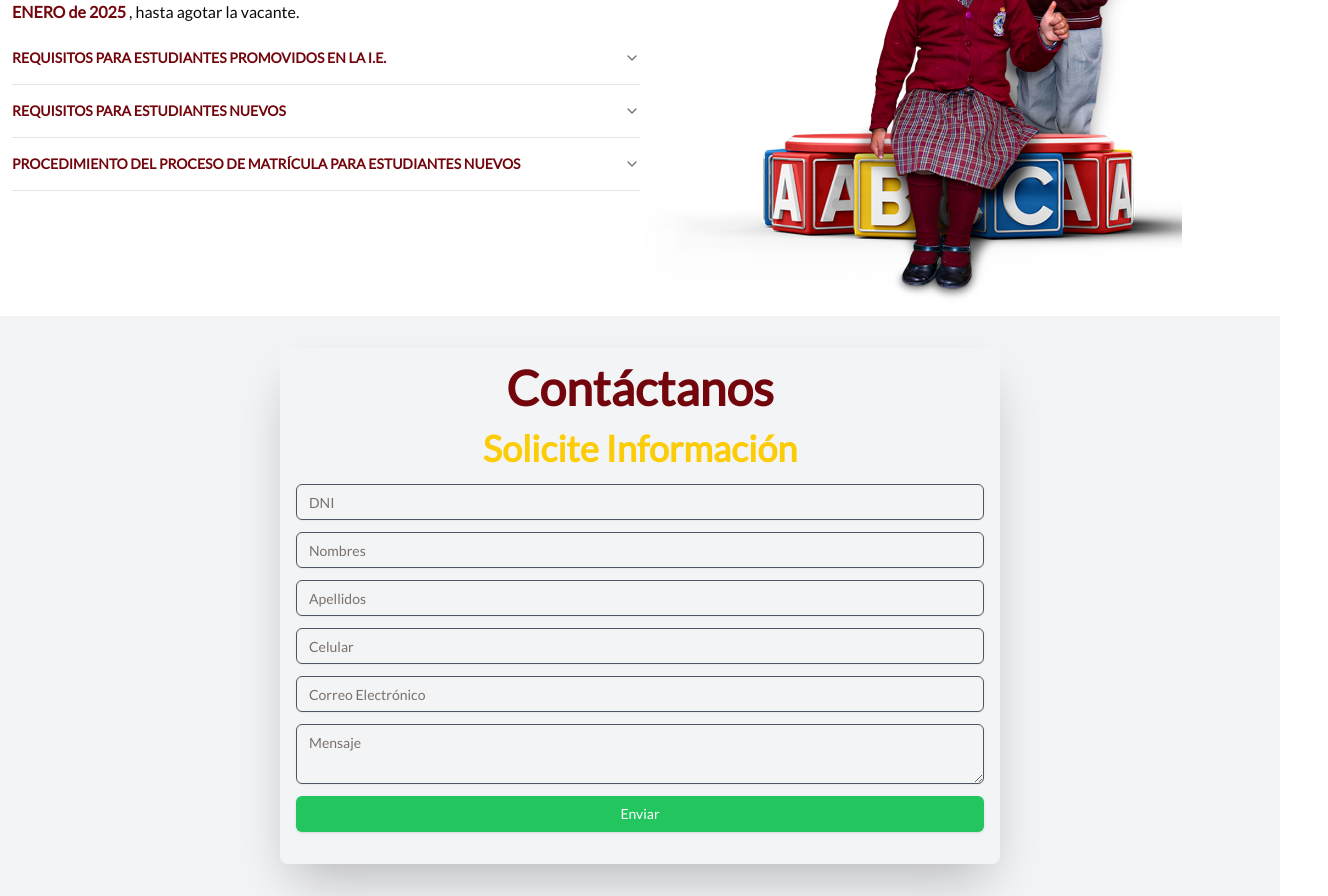
Repository: jefrydep/new_horizont_school
Page: /
These files come from the project's save history. The page is drawn as it stood at one moment and after the next save; the edit follows.
The browser window is 1280 px wide. The page is 1328 px wide, so the pictures cover 1328 px, including what lies to the right of the window. The pictures show the part of the page from y = 2968 to 3864 px (the page is 4794 px tall).
Pictures or frames that could not be fetched are drawn as grey boxes. The project was rebuilt for these pictures with package versions that can differ from the ones it lists, and the page was loaded fresh each time. The framework's server and built-in components were replaced by stand-ins that run in the browser. Also part of the build but not shown: next.config.ts.

Above is the page before, as saved 2024-11-28 21:19:07.

### src/app/layout.tsx
import type { Metadata } from "next";
import "./globals.css";
import Navbar from "@/components/Navbar";
import Footer from "@/components/Footer";


import { Lato } from 'next/font/google'

const lato = Lato({
  weight: '400',
  subsets: ['latin'],
  display: 'swap',
})

export const metadata: Metadata = {
  title: "COLEGIO INTERNACIONAL NUEVO HORIZONTE - JULIACA",
  description: "el mejor colegio de JULIACA,Colegio internacional nuevo horizonte",
};

export default function RootLayout({
  children,
}: Readonly<{
  children: React.ReactNode;
}>) {
  return (
    <html lang="es">

      <body
        className={` ${lato.className} antialiased `}
      >

        <div className="">
          <Navbar />
        </div>
        <main className="   ">

          {children}
          <div className="flex flex-col fixed  bottom-2     z-50   sm:top-1/2  gap-2">
            <a href="https://wa.me/+51999070701?text=Me%20gustar%C3%ADa%20recibir%20m%C3%A1s%20informaci%C3%B3n%20sobre%20el%20proceso%20de%20matr%C3%ADcula,%20requisitos%20y%20fechas%20importantes.%20Agradecer%C3%ADa%20su%20orientaci%C3%B3n%20para%20poder%20completar%20mi%20inscripci%C3%B3n%20de%20manera%20adecuada.%0A%0AQuedo%20atento%20a%20su%20respuesta.%0A%0ASaludos%20cordiales,%0A" target="_blank">
              {/* Solicitar información */}
              <img src="/whatsapp.png" alt="" className=" animate-bounce h-11  sm:h-16" />
            </a>

            <a href="https://www.tiktok.com/@colegionuevohorizonte" target="_blank">
              {/* Solicitar información */}
              <img src="/tik-tok.png" alt="" className=" animate-bounce h-11  sm:h-16 " />
            </a>
            <a href="https://www.facebook.com/internuevohorizonte  " target="_blank">
              {/* Solicitar información */}
              <img src="/facebook.png" alt="" className=" animate-bounce h-11  sm:h-16 " />
            </a>
            <a href="https://www.instagram.com/colegionuevohorizontejuliaca" target="_blank">
              {/* Solicitar información */}
              <img src="/instagram.png" alt="" className=" animate-bounce h-11  sm:h-16" />
            </a>
          </div>
        </main>
        <Footer />
      </body>
    </html>
  );
}

### src/app/page.tsx
import Form from "@/components/Form";
import Hero from "@/components/Hero";
import Location from "@/components/Location";
import PresentationCard from "@/components/PresentationCard";
import RegisterCard from "@/components/RegisterCard";
import StudentCard from "@/components/StudentCard";
import TrajectoryCard from "@/components/TrajectoryCard";

export default function Home() {
  return (
    <div className="">
      <Hero colorWave="#fff" title="¡Ya Iniciamos!" subtitle="ADMISION" year="2025" />
      <TrajectoryCard />
      <PresentationCard title="¡Bienvenidos Al Colegio!" subtitle="Nuevo Horizonte" />
      <StudentCard title="Nuestro Estudiante Es:" />
      <RegisterCard title="Proceso De Matrícula 2025" />
      <Form />
      <Location/>
    </div>
  );
}

### src/app/globals.css
@tailwind base;
@tailwind components;
@tailwind utilities;

body {
  font-family: Arial, Helvetica, sans-serif;
}

@layer base {
  :root {
    --background: 0 0% 100%;
    --foreground: 20 14.3% 4.1%;
    --card: 0 0% 100%;
    --card-foreground: 20 14.3% 4.1%;
    --popover: 0 0% 100%;
    --popover-foreground: 20 14.3% 4.1%;
    --primary: 24 9.8% 10%;
    --primary-foreground: 60 9.1% 97.8%;
    --secondary: 60 4.8% 95.9%;
    --secondary-foreground: 24 9.8% 10%;
    --muted: 60 4.8% 95.9%;
    --muted-foreground: 25 5.3% 44.7%;
    --accent: 60 4.8% 95.9%;
    --accent-foreground: 24 9.8% 10%;
    --destructive: 0 84.2% 60.2%;
    --destructive-foreground: 60 9.1% 97.8%;
    --border: 20 5.9% 90%;
    --input: 20 5.9% 90%;
    --ring: 20 14.3% 4.1%;
    --chart-1: 12 76% 61%;
    --chart-2: 173 58% 39%;
    --chart-3: 197 37% 24%;
    --chart-4: 43 74% 66%;
    --chart-5: 27 87% 67%;
    --radius: 0.5rem;
  }
  .dark {
    --background: 20 14.3% 4.1%;
    --foreground: 60 9.1% 97.8%;
    --card: 20 14.3% 4.1%;
    --card-foreground: 60 9.1% 97.8%;
    --popover: 20 14.3% 4.1%;
    --popover-foreground: 60 9.1% 97.8%;
    --primary: 60 9.1% 97.8%;
    --primary-foreground: 24 9.8% 10%;
    --secondary: 12 6.5% 15.1%;
    --secondary-foreground: 60 9.1% 97.8%;
    --muted: 12 6.5% 15.1%;
    --muted-foreground: 24 5.4% 63.9%;
    --accent: 12 6.5% 15.1%;
    --accent-foreground: 60 9.1% 97.8%;
    --destructive: 0 62.8% 30.6%;
    --destructive-foreground: 60 9.1% 97.8%;
    --border: 12 6.5% 15.1%;
    --input: 12 6.5% 15.1%;
    --ring: 24 5.7% 82.9%;
    --chart-1: 220 70% 50%;
    --chart-2: 160 60% 45%;
    --chart-3: 30 80% 55%;
    --chart-4: 280 65% 60%;
    --chart-5: 340 75% 55%;
  }
}

@layer base {
  * {
    @apply border-border;
  }
  body {
    @apply bg-background text-foreground;
  }
}
@keyframes slideDown {
  0% {
    transform: translateY(-20px);
    opacity: 0;
  }
  100% {
    transform: translateY(0);
    opacity: 1;
  }
}

.animate-slide-down {
  animation: slideDown 1s ease-out forwards;
}

/* Animación con retraso para un efecto de secuencia */
.animate-slide-down-delay-1 {
  animation: slideDown 1s ease-out forwards;
  animation-delay: 0.3s; /* Retraso para el primer texto */
}

.animate-slide-down-delay-2 {
  animation: slideDown 1s ease-out forwards;
  animation-delay: 0.6s; /* Retraso para el segundo texto */
}

### src/components/Form.tsx
"use client";


import { Formik, Form, Field, ErrorMessage } from "formik";
import { Textarea } from "@/components/ui/textarea"

import * as Yup from "yup";
import emailjs from "@emailjs/browser";
import { Button } from "./ui/button";
import { Input } from "./ui/input";

const ContactForm: React.FC = () => {
  const handleSubmit = async (
    values: any,
    { resetForm }: { resetForm: () => void }
  ) => {
    console.log(values);
    try {
      await emailjs.send(
        "service_ylr5l7x",
        "template_r33ljy7",
        values,
        "otiLUtXl2K09RKcCf"
      );
      alert("Mensaje enviado exitosamente");
      resetForm();
    } catch (error) {
      console.error("Error al enviar mensaje:", error);
      alert("Hubo un error al enviar el mensaje.");
    }
  };

  const validationSchema = Yup.object({
    dni: Yup.string().required("El DNI es obligatorio"),
    name: Yup.string().required("El nombre es obligatorio"),
    lastname: Yup.string().required("El apellido es obligatorio"),
    cellphone: Yup.string().required("El número de celular es obligatorio"),

    message: Yup.string().required("El mensaje es obligatorio"),
  });

  return (
    <div className="bg-gray-100  py-8">
      <div className="container pb-8 m-auto sm:w-[720px] shadow-2xl rounded-lg">
        <div className="py-4">
          <h5 className="font-bold mb-4  text-title  text-5xl text-center">
            Contáctanos
          </h5>
          <h4 className="font-bold text-4xl text-center text-subtitle">
            Solicite Información
          </h4>
        </div>
        <Formik
          initialValues={{
            dni: "",
            name: "",
            lastname: "",
            cellphone: "",
            email: "",
            message: "",
          }}
          validationSchema={validationSchema}
          onSubmit={handleSubmit}
        >
          <Form className="flex flex-col gap-3 px-4">
            <div className="">
              <Field
                name="dni"
                placeholder="DNI"
                className="input"
                as={Input}
              />
              <ErrorMessage
                name="dni"
                component="div"
                className="text-red-500"
              />
            </div>
            <div>
              <Field
                as={Input}
                name="name"
                placeholder="Nombres"
                className="input"
              />
              <ErrorMessage
                name="name"
                component="div"
                className="text-red-500"
              />
            </div>
            <div>
              <Field
                as={Input}
                name="lastname"
                placeholder="Apellidos"
                className="input"
              />
              <ErrorMessage
                name="lastname"
                component="div"
                className="text-red-500"
              />
            </div>
            <div>
              <Field
                as={Input}
                name="cellphone"
                placeholder="Celular"
                className="input"
              />
              <ErrorMessage
                name="cellphone"
                component="div"
                className="text-red-500"
              />
            </div>
            <div>
              <Field
                as={Input}
                name="email"
                placeholder="Correo Electrónico"
                className="input"
              />
              <ErrorMessage
                name="email"
                component="div"
                className="text-red-500"
              />
            </div>
            <div>
              <Field

                // as={Input}
                name="message"
                as={Textarea}
                // as="textarea"
                placeholder="Mensaje"
                className="input"
              />
              <ErrorMessage
                name="message"
                component="div"
                className="text-red-500"
              />
            </div>
            <Button className="bg-green-500 text-white" type="submit">Enviar</Button>
          </Form>
        </Formik>
      </div>
    </div>
  );
};

export default ContactForm;

### src/components/Location.tsx

export default function Location() {
    return (
        <div className='w-full container m-auto bg-red-400'>
            {/* <iframe src="https://www.google.com/maps/embed?pb=!1m18!1m12!1m3!1d3844.9316625787906!2d-70.12231792745375!3d-15.488107585110283!2m3!1f0!2f0!3f0!3m2!1i1024!2i768!4f13.1!3m3!1m2!1s0x9167f3956c2bda63%3A0x64c4524617e0482a!2sColegio%20Nuevo%20Horizonte!5e0!3m2!1ses-419!2spe!4v1731094832258!5m2!1ses-419!2spe" width="600" height="450" style="border:0;" allowfullscreen="" loading="lazy" referrerpolicy="no-referrer-when-downgrade"></iframe> */}
            <iframe src="https://www.google.com/maps/embed?pb=!1m18!1m12!1m3!1d3844.9316625787906!2d-70.12231792745375!3d-15.488107585110283!2m3!1f0!2f0!3f0!3m2!1i1024!2i768!4f13.1!3m3!1m2!1s0x9167f3956c2bda63%3A0x64c4524617e0482a!2sColegio%20Nuevo%20Horizonte!5e0!3m2!1ses-419!2spe!4v1731094832258!5m2!1ses-419!2spe" width="100%" height="450"   loading="lazy"  ></iframe>
        </div>
    )
}

### src/components/PresentationCard.tsx
import {
    Accordion,
    AccordionContent,
    AccordionItem,
    AccordionTrigger,
} from "@/components/ui/accordion"


interface Props {
    title: string;
    subtitle: string;

}

export default function PresentationCard({ title, subtitle }: Props) {
    return (
        <div className="bg-gray-100">

            <div className="container grid  grid-cols-1 sm:grid-cols-2 gap-10   m-auto p-3">
                <div className="  w-full ">
                    <h4 className="text-4xl mt-4">{title}</h4>
                    <h4 className="text-4xl font-bold text-title">{subtitle}</h4>
                    <div className="leading-10 text-base mt-4">

                        <p>
                            El talento y la inteligencia de nuestros estudiantes y la alta preparación de nuestros docentes nos han hecho merecedores de los primeros lugares en premios de talla local, nacional. Ahora vamos por más...
                            Rumbo a las Bodas de Plata.

                        </p>

                    </div>
                    <div>
                        <Accordion type="single" collapsible>

                            <AccordionItem value="item-1 "  >
                                <AccordionTrigger className="text-title font-bold ">NIVEL PRIMARIA </AccordionTrigger>
                                <AccordionContent className="text-base leading-8">
                                    ¡Excelencia y dedicación en la formación del estudiante!
                                    Preparamos a nuestros estudiantes para responder a las exigencias de un mundo globalizado.
                                </AccordionContent>
                            </AccordionItem>


                            <AccordionItem value="item-2 "  >
                                <AccordionTrigger className="text-title font-bold ">NIVEL SECUNDARIA </AccordionTrigger>
                                <AccordionContent className="text-base leading-8">
                                    ¡Calidad e innovación en una formación integral!
                                    Nuestra finalidad fundamental es consolidar a través de un trabajo especializado por áreas, un plan estructurado de las áreas curriculares que está enfocado en el desarrollo de competencias y proyectos científicos.
                                </AccordionContent>
                            </AccordionItem>
                        </Accordion>




                    </div>
                </div>
                <div>
                    <img src="/matricula.png" alt=""  className="sm:h-[35rem]"/>
                </div>


            </div>
        </div>
    )
}

### src/components/StudentCard.tsx
import { Check } from "lucide-react";
const student = [
    {
        id: 1,
        profile: "Puntual"
    },
    {
        id: 2,
        profile: "Respetuoso"
    },
    {
        id: 3,
        profile: "Responsable"
    },
    {
        id: 4,
        profile: "Honesto"
    },

]
interface Props {
    title: string;

}
export default function StudentCard({ title }: Props) {
    return (
        <div className="bg-[#fbcc07] pt-8">

            <h4 className="text-4xl  text-title text-center font-bold">{title}</h4>
            <div className="container grid  grid-cols-1 sm:grid-cols-2   m-auto p-3">
                <div>
                    <img src="/SECUNDARIA.png" alt="nivel primaria" className="h-[23rem] sm:h-[33rem]" />
                </div>
                <div className="  w-full ">
                    {/* <h4 className="text-4xl">{subtitle}</h4> */}
                    <div className="leading-10 text-base mt-4">
                        {student.map(student => (



                            <span key={student.id} className="flex   items-center">
                                <Check />
                                <p className="ml-3">
                                    {student.profile}
                                </p>
                            </span>
                        ))}

                    </div>

                </div>


            </div>
        </div>
    )
}

### src/components/ui/button.tsx
import * as React from "react"
import { Slot } from "@radix-ui/react-slot"
import { cva, type VariantProps } from "class-variance-authority"

import { cn } from "@/lib/utils"

const buttonVariants = cva(
  "inline-flex items-center justify-center gap-2 whitespace-nowrap rounded-md text-sm font-medium transition-colors focus-visible:outline-none focus-visible:ring-1 focus-visible:ring-ring disabled:pointer-events-none disabled:opacity-50 [&_svg]:pointer-events-none [&_svg]:size-4 [&_svg]:shrink-0",
  {
    variants: {
      variant: {
        default:
          "bg-primary text-primary-foreground shadow hover:bg-primary/90",
        destructive:
          "bg-destructive text-destructive-foreground shadow-sm hover:bg-destructive/90",
        outline:
          "border border-input bg-background shadow-sm hover:bg-accent hover:text-accent-foreground",
        secondary:
          "bg-secondary text-secondary-foreground shadow-sm hover:bg-secondary/80",
        ghost: "hover:bg-accent hover:text-accent-foreground",
        link: "text-primary underline-offset-4 hover:underline",
      },
      size: {
        default: "h-9 px-4 py-2",
        sm: "h-8 rounded-md px-3 text-xs",
        lg: "h-10 rounded-md px-8",
        icon: "h-9 w-9",
      },
    },
    defaultVariants: {
      variant: "default",
      size: "default",
    },
  }
)

export interface ButtonProps
  extends React.ButtonHTMLAttributes<HTMLButtonElement>,
    VariantProps<typeof buttonVariants> {
  asChild?: boolean
}

const Button = React.forwardRef<HTMLButtonElement, ButtonProps>(
  ({ className, variant, size, asChild = false, ...props }, ref) => {
    const Comp = asChild ? Slot : "button"
    return (
      <Comp
        className={cn(buttonVariants({ variant, size, className }))}
        ref={ref}
        {...props}
      />
    )
  }
)
Button.displayName = "Button"

export { Button, buttonVariants }

### src/components/ui/textarea.tsx
import * as React from "react"

import { cn } from "@/lib/utils"

const Textarea = React.forwardRef<
  HTMLTextAreaElement,
  React.ComponentProps<"textarea">
>(({ className, ...props }, ref) => {
  return (
    <textarea
      className={cn(
        "flex min-h-[60px] w-full rounded-md border border-gray-600 bg-transparent px-3 py-2 text-base shadow-sm placeholder:text-muted-foreground focus-visible:outline-none focus-visible:ring-1 focus-visible:ring-ring disabled:cursor-not-allowed disabled:opacity-50 md:text-sm",
        className
      )}
      ref={ref}
      {...props}
    />
  )
})
Textarea.displayName = "Textarea"

export { Textarea }

### src/components/ui/input.tsx
import * as React from "react"

import { cn } from "@/lib/utils"

const Input = React.forwardRef<HTMLInputElement, React.ComponentProps<"input">>(
  ({ className, type, ...props }, ref) => {
    return (
      <input
        type={type}
        className={cn(
          "flex h-9 w-full rounded-md border  border-gray-600 bg-transparent  px-3 py-1 text-base shadow-sm transition-colors file:border-0 file:bg-transparent file:text-sm file:font-medium file:text-foreground placeholder:text-muted-foreground focus-visible:outline-none focus-visible:ring-1 focus-visible:ring-ring disabled:cursor-not-allowed disabled:opacity-50 md:text-sm",
          className
        )}
        ref={ref}
        {...props}
      />
    )
  }
)
Input.displayName = "Input"

export { Input }

### src/components/ui/accordion.tsx
"use client"

import * as React from "react"
import * as AccordionPrimitive from "@radix-ui/react-accordion"
import { ChevronDown } from "lucide-react"

import { cn } from "@/lib/utils"

const Accordion = AccordionPrimitive.Root

const AccordionItem = React.forwardRef<
  React.ElementRef<typeof AccordionPrimitive.Item>,
  React.ComponentPropsWithoutRef<typeof AccordionPrimitive.Item>
>(({ className, ...props }, ref) => (
  <AccordionPrimitive.Item
    ref={ref}
    className={cn("border-b", className)}
    {...props}
  />
))
AccordionItem.displayName = "AccordionItem"

const AccordionTrigger = React.forwardRef<
  React.ElementRef<typeof AccordionPrimitive.Trigger>,
  React.ComponentPropsWithoutRef<typeof AccordionPrimitive.Trigger>
>(({ className, children, ...props }, ref) => (
  <AccordionPrimitive.Header className="flex">
    <AccordionPrimitive.Trigger
      ref={ref}
      className={cn(
        "flex flex-1 items-center justify-between py-4 text-sm font-medium transition-all hover:underline text-left [&[data-state=open]>svg]:rotate-180",
        className
      )}
      {...props}
    >
      {children}
      <ChevronDown className="h-4 w-4 shrink-0 text-muted-foreground transition-transform duration-200" />
    </AccordionPrimitive.Trigger>
  </AccordionPrimitive.Header>
))
AccordionTrigger.displayName = AccordionPrimitive.Trigger.displayName

const AccordionContent = React.forwardRef<
  React.ElementRef<typeof AccordionPrimitive.Content>,
  React.ComponentPropsWithoutRef<typeof AccordionPrimitive.Content>
>(({ className, children, ...props }, ref) => (
  <AccordionPrimitive.Content
    ref={ref}
    className="overflow-hidden text-sm data-[state=closed]:animate-accordion-up data-[state=open]:animate-accordion-down"
    {...props}
  >
    <div className={cn("pb-4 pt-0", className)}>{children}</div>
  </AccordionPrimitive.Content>
))
AccordionContent.displayName = AccordionPrimitive.Content.displayName

export { Accordion, AccordionItem, AccordionTrigger, AccordionContent }

### tailwind.config.ts
import type { Config } from "tailwindcss";

export default {
	darkMode: ["class"],
	content: [
		"./src/pages/**/*.{js,ts,jsx,tsx,mdx}",
		"./src/components/**/*.{js,ts,jsx,tsx,mdx}",
		"./src/app/**/*.{js,ts,jsx,tsx,mdx}",
	],
	theme: {
    	extend: {
    		colors: {
    			background: 'hsl(var(--background))',
    			foreground: 'hsl(var(--foreground))',
    			card: {
    				DEFAULT: 'hsl(var(--card))',
    				foreground: 'hsl(var(--card-foreground))'
    			},
    			popover: {
    				DEFAULT: 'hsl(var(--popover))',
    				foreground: 'hsl(var(--popover-foreground))'
    			},
    			primary: {
    				DEFAULT: '#4c628a'
    			},
    			secondary: {
    				DEFAULT: '#1c1c1c'
    			},
    			backgroundGray: {
    				DEFAULT: '#d1d1d1'
    			},
				title:{
					DEFAULT:"#73060C"
				},
				subtitle:{
					DEFAULT:"#fbcc07"
				},
    			muted: {
    				DEFAULT: 'hsl(var(--muted))',
    				foreground: 'hsl(var(--muted-foreground))'
    			},
    			accent: {
    				DEFAULT: 'hsl(var(--accent))',
    				foreground: 'hsl(var(--accent-foreground))'
    			},
    			destructive: {
    				DEFAULT: 'hsl(var(--destructive))',
    				foreground: 'hsl(var(--destructive-foreground))'
    			},
    			border: 'hsl(var(--border))',
    			input: 'hsl(var(--input))',
    			ring: 'hsl(var(--ring))',
    			chart: {
    				'1': 'hsl(var(--chart-1))',
    				'2': 'hsl(var(--chart-2))',
    				'3': 'hsl(var(--chart-3))',
    				'4': 'hsl(var(--chart-4))',
    				'5': 'hsl(var(--chart-5))'
    			}
    		},
    		borderRadius: {
    			lg: 'var(--radius)',
    			md: 'calc(var(--radius) - 2px)',
    			sm: 'calc(var(--radius) - 4px)'
    		},
    		keyframes: {
    			'accordion-down': {
    				from: {
    					height: '0'
    				},
    				to: {
    					height: 'var(--radix-accordion-content-height)'
    				}
    			},
    			'accordion-up': {
    				from: {
    					height: 'var(--radix-accordion-content-height)'
    				},
    				to: {
    					height: '0'
    				}
    			}
    		},
    		animation: {
    			'accordion-down': 'accordion-down 0.2s ease-out',
    			'accordion-up': 'accordion-up 0.2s ease-out'
    		}
    	}
    },
	plugins: [require("tailwindcss-animate")],
} satisfies Config;

Loaded but not shown: src/lib/utils.ts (common file); src/app/data/data.ts (459 lines, source omitted); src/components/Navbar.tsx (292 lines, source omitted); src/components/RegisterCard.tsx (178 lines, source omitted); src/components/ui/carousel.tsx (262 lines, source omitted); src/components/Hero.tsx (158 lines, source omitted); src/components/ui/navigation-menu.tsx (128 lines, source omitted); src/components/ui/sheet.tsx (140 lines, source omitted); src/components/Footer.tsx (97 lines, source omitted); src/components/TrajectoryCard.tsx (65 lines, source omitted)

After the next save:
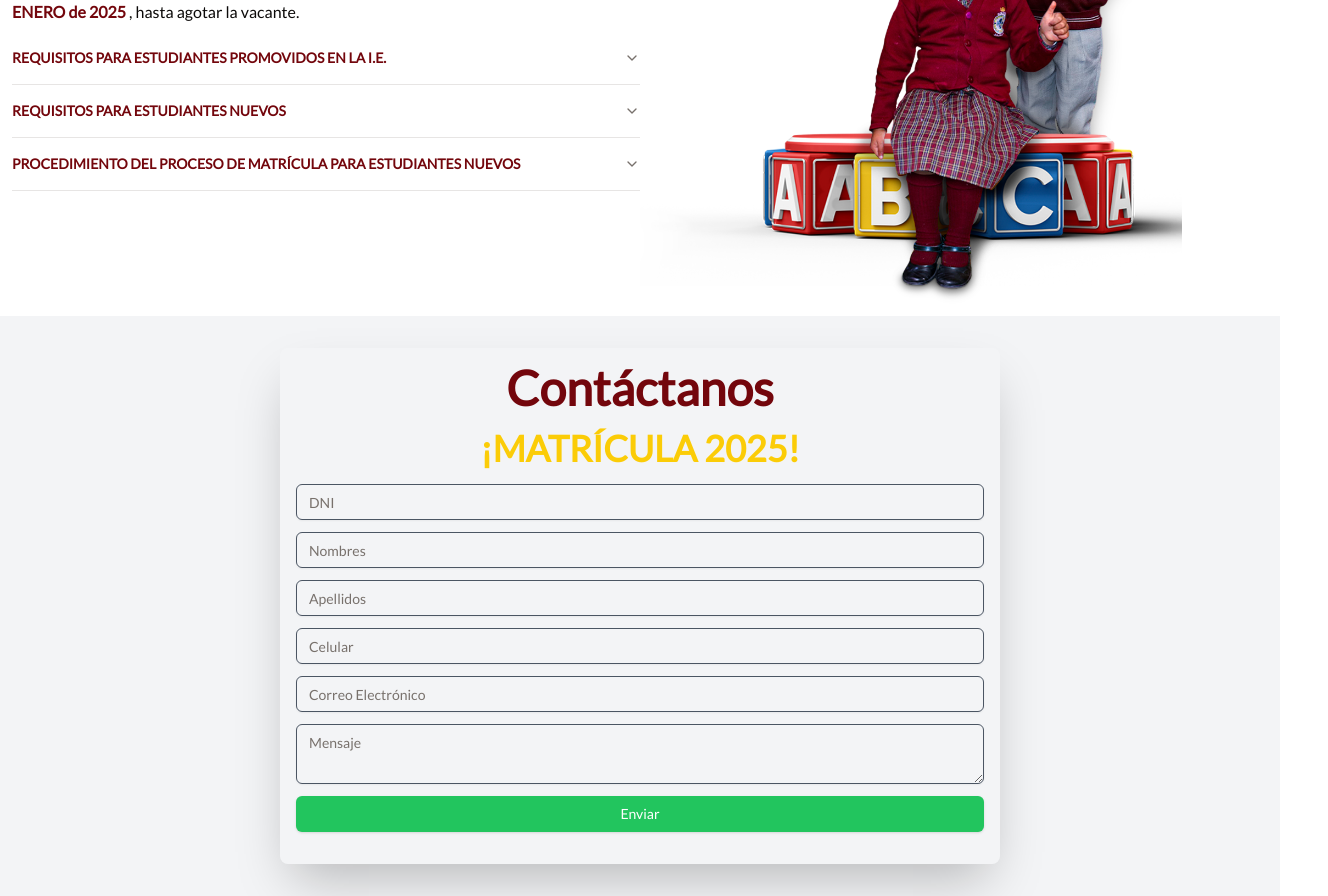
Saved 4 min 6 s later.
--- a/src/components/Form.tsx
+++ b/src/components/Form.tsx
@@ -47,7 +47,7 @@ const ContactForm: React.FC = () => {
             Contáctanos
           </h5>
           <h4 className="font-bold text-4xl text-center text-subtitle">
-            Solicite Información
+            ¡MATRÍCULA 2025!
           </h4>
         </div>
         <Formik
